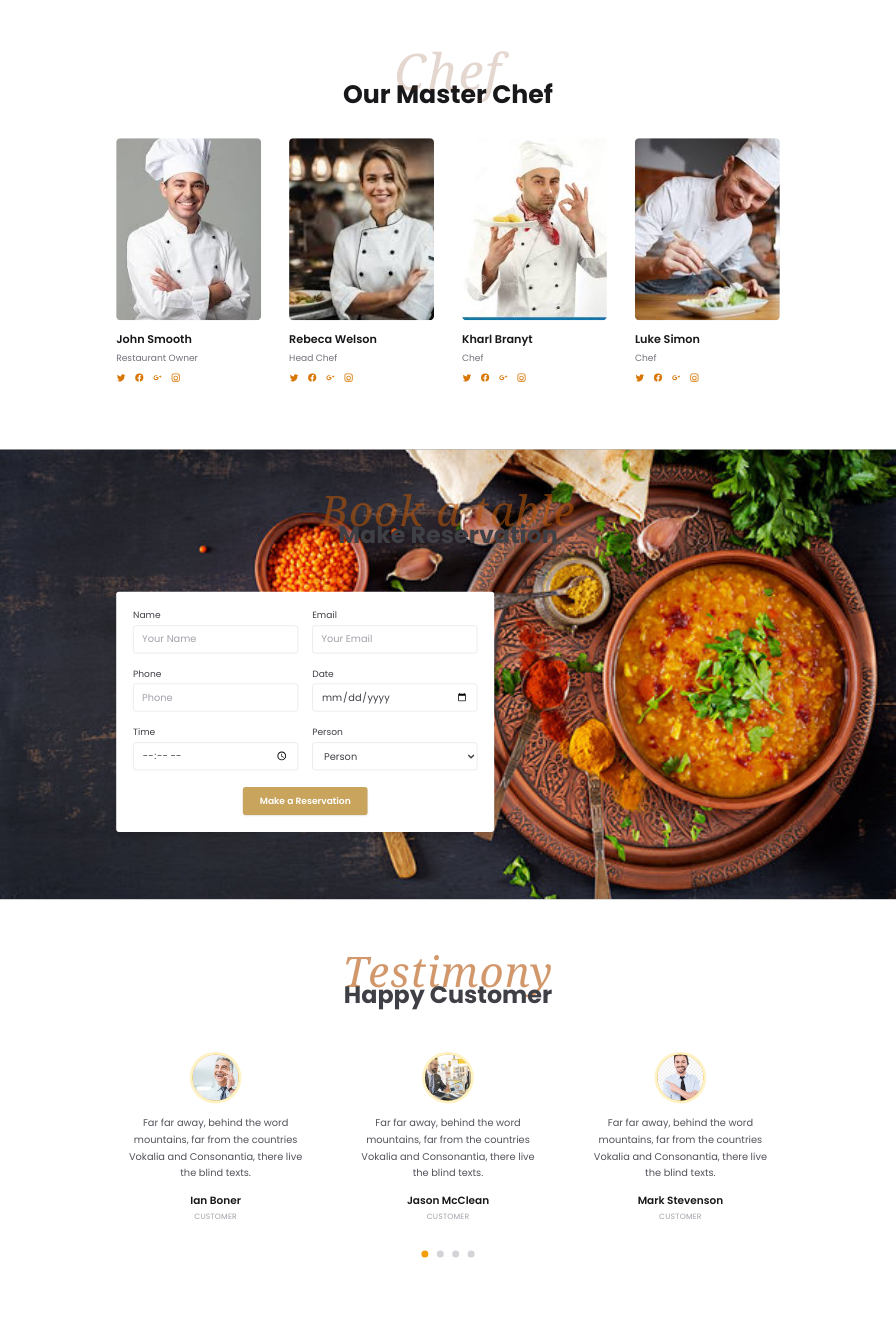
Repository: Purniagithub/Benttacproject
Page: /
These files come from the project's save history. The page is drawn as it stood at one moment and after the next save; the edit follows.
The browser window is 1280 px wide. The pictures show the part of the page from y = 2469 to 4389 px (the page is 4361 px tall before and 4389 px after), at 70% of full size.
Some web fonts or font styles are not loaded; a fallback is used. The project was rebuilt for these pictures with package versions that can differ from the ones it lists, and the page was loaded fresh each time. Also part of the build but not shown: vite.config.js.

Above is the page before, as saved 2025-08-21 19:59:23.

### index.html
<!doctype html>
<html lang="en">
  <head>
    <meta charset="UTF-8" />
    <link rel="icon" type="image/svg+xml" href="/vite.svg" />
    <link href="https://fonts.googleapis.com/css2?family=Playfair+Display:ital,wght@1,500&family=Poppins:wght@400;600;700&display=swap" rel="stylesheet">
    <link rel="preconnect" href="https://fonts.gstatic.com" crossorigin>
<link href="https://fonts.googleapis.com/css2?family=Playfair+Display:ital,wght@1,400;1,600&display=swap" rel="stylesheet">

    <meta name="viewport" content="width=device-width, initial-scale=1.0" />
    <title>Vite + React</title>
  </head>
  <body>
    <div id="root"></div>
    <script type="module" src="/src/main.jsx"></script>
  </body>
</html>

### src/App.jsx
import React from "react";
import Navbar from "./components/Navbar";
import Hero from "./components/Hero";

function App() {
  return (
    <div className="font-poppins">
      <Navbar />
      <Hero />
    </div>
  );
}

export default App;

### src/components/Navbar.jsx
import React from "react";

const Navbar = () => {
  return (
    <header className="absolute top-0 left-0 w-full z-50">
      {/* Top bar */}
      <div className="flex justify-between items-center bg-black bg-opacity-70 text-white text-sm px-6 py-2">
        <div className="flex space-x-6">
          <span>📞 +1235 2355 98</span>
          <span>✉️ youremail@email.com</span>
        </div>
        <span>Open hours: Monday - Sunday 8:00AM - 9:00PM</span>
      </div>

      {/* Main Navbar */}
      <nav className="flex justify-between items-center bg-black bg-opacity-60 text-white px-8 py-4">
        <h1 className="text-xl font-bold">Feliciano</h1>
        <ul className="flex space-x-8 font-medium">
          <li><a href="#" className="hover:text-yellow-400">Home</a></li>
          <li><a href="#" className="hover:text-yellow-400">About</a></li>
          <li><a href="#" className="hover:text-yellow-400">Menu</a></li>
          <li><a href="#" className="hover:text-yellow-400">Stories</a></li>
          <li><a href="#" className="hover:text-yellow-400">Contact</a></li>
        </ul>
        <button className="bg-yellow-600 hover:bg-yellow-700 px-5 py-2 rounded text-black font-semibold">
          Book a table
        </button>
      </nav>
    </header>
  );
};

export default Navbar;

### src/components/Hero.jsx
import React from "react";
import AboutSection from "../components/AboutSection";
import CateringServices from "./CateringServices";
import MenuTightGrid from "../components/MenuTightGrid";
import MasterChef from "../components/MasterChef";
import ReservationTestimonials from "../components/ReservationTestimonials";
const dishes = [
  { id: 1, name: "Grilled Beef with potatoes", desc: "Meat, Potatoes, Rice, Tomato", img: "/dish-1.jpeg" },
  { id: 2, name: "Grilled Beef with potatoes", desc: "Meat, Potatoes, Rice, Tomato", img: "/dish-2.jpeg" },
  { id: 3, name: "Grilled Beef with potatoes", desc: "Meat, Potatoes, Rice, Tomato", img: "/dish-3.jpeg" },
  { id: 4, name: "Grilled Beef with potatoes", desc: "Meat, Potatoes, Rice, Tomato", img: "/dish-4.jpeg" },
];

const Hero = () => {
  return (
    <>
    <section
      className="relative h-[80vh] bg-cover bg-center flex flex-col justify-center items-center text-white px-4"
      style={{ backgroundImage: "url('/img-4.jpeg')" }}
    >
      {/* Dark overlay */}
      <div className="absolute inset-0 bg-black/70"></div>

      {/* Headings */}
      <div className="relative z-10 text-center mt-20 md:mt-32 lg:mt-40">
        <h2 className="text-3xl md:text-4xl lg:text-5xl font-serif italic text-[#CDA45E]">
          Feliciano
        </h2>
        <h1 className="text-4xl md:text-5xl lg:text-7xl font-extrabold tracking-wide mt-3 md:mt-4 uppercase">
          Best Restaurant
        </h1>
      </div>

      {/* Dish Cards */}
      <div className="relative z-10 grid grid-cols-1 sm:grid-cols-2 md:grid-cols-4 gap-10 md:gap-16 lg:gap-20 mt-16 md:mt-24 lg:mt-32">
        {dishes.map((dish) => (
          <div key={dish.id} className="text-center max-w-[220px] mx-auto">
            <img
              src={dish.img}
              alt={dish.name}
              className="w-24 h-24 md:w-28 md:h-28 object-cover rounded-full mx-auto border-4 border-white shadow-lg"
            />
            <h3 className="mt-3 font-semibold text-base md:text-lg whitespace-nowrap">
              {dish.name}
            </h3>
            <p className="text-xs md:text-sm text-gray-300">{dish.desc}</p>
          </div>
        ))}
      </div>
    </section>
     {/* Other sections */}
     <AboutSection />
     <CateringServices />
     <MenuTightGrid tileHeight={210} containerWidth={980} />
     <MasterChef />
     <ReservationTestimonials />

</>
  );
};

export default Hero;

### src/components/AboutSection.jsx
// src/components/AboutSection.jsx
import React from "react";

export default function AboutSection() {
  return (
    <section className="w-full bg-white py-16">
      <div className="max-w-5xl mx-auto text-center">
        {/* Top Grid (Images + Content) */}
        <div className="grid grid-cols-1 lg:grid-cols-2 gap-8 items-center">
          {/* Left Images */}
          <div className="flex justify-center gap-4">
            <img
              src="/chef-1.jpeg"
              alt="Chef serving"
              className="shadow-md object-cover h-[280px] w-[180px]"
            />
            <img
              src="/chef-5.jpeg"
              alt="Cooking food"
              className="shadow-md object-cover h-[280px] w-[180px] mt-8"
            />
          </div>

          {/* Right Content */}
          <div className="text-left lg:text-left">
            <h3 className="text-lg font-serif italic text-[#CDA45E] relative mb-2">
              <span className="absolute -left-6 top-0 text-5xl text-gray-200 opacity-40">
                About
              </span>
              About Us
            </h3>
            <h2 className="text-4xl font-bold text-gray-900 mb-4 tracking-wide">
              Feliciano Restaurant
            </h2>
            <p className="text-gray-600 mb-4 leading-relaxed">
              A small river named Duden flows by their place and supplies it
              with the necessary regelialia. It is a paradisematic country, in
              which roasted parts of sentences fly into your mouth.
            </p>

            <p className="text-gray-700 mb-2">
              Mon - Fri <span className="font-bold">8 AM - 11 PM</span>
            </p>
            <p className="text-2xl font-bold text-[#CDA45E]">
              +1-978-123-4567
            </p>
          </div>
        </div>

        {/* Stats Section */}
        <div className="grid grid-cols-2 sm:grid-cols-5 gap-4 mt-16 pt-10">
          <div className="text-center">
            <h4 className="text-3xl font-bold text-[#CDA45E]">18</h4>
            <p className="text-sm text-gray-600">Years of Experience</p>
          </div>
          <div className="text-center">
            <h4 className="text-3xl font-bold text-[#CDA45E]">100</h4>
            <p className="text-sm text-gray-600">Menus/Dish</p>
          </div>
          <div className="text-center">
            <h4 className="text-3xl font-bold text-[#CDA45E]">50</h4>
            <p className="text-sm text-gray-600">Staffs</p>
          </div>
          <div className="text-center">
            <h4 className="text-3xl font-bold text-[#CDA45E]">15,000</h4>
            <p className="text-sm text-gray-600">Happy Customers</p>
          </div>
          <div className="text-center text-xs line-clamp-5">
            <p className="text-xs text-gray-600">A small river named Duden flows by their place and supplies it
              with the necessary regelialia. It is a paradisematic country, in
              which roasted parts of sentences fly into your mouth.</p>
          </div>
        </div>
      </div>
    </section>
  );
}

### src/components/CateringServices.jsx
import React from "react";

function IconCake(props) {
  return (
    <svg viewBox="0 0 24 24" aria-hidden="true" {...props}>
      <g fill="none" stroke="currentColor" strokeWidth="1.6" strokeLinecap="round" strokeLinejoin="round">
        <path d="M12 3v3" />
        <path d="M9 6a3 3 0 1 0 6 0" />
        <path d="M6 12h12" />
        <path d="M6 12v7a2 2 0 0 0 2 2h8a2 2 0 0 0 2-2v-7" />
      </g>
    </svg>
  );
}

function IconMeeting(props) {
  return (
    <svg viewBox="0 0 24 24" aria-hidden="true" {...props}>
      <g fill="none" stroke="currentColor" strokeWidth="1.6" strokeLinecap="round" strokeLinejoin="round">
        <path d="M7 7h10M7 12h7" />
        <path d="M3 18a2 2 0 0 0 2 2h14a2 2 0 0 0 2-2V6a2 2 0 0 0-2-2H5a2 2 0 0 0-2 2z" />
      </g>
    </svg>
  );
}

function IconCloche(props) {
  return (
    <svg viewBox="0 0 24 24" aria-hidden="true" {...props}>
      <g fill="none" stroke="currentColor" strokeWidth="1.6" strokeLinecap="round" strokeLinejoin="round">
        <path d="M12 7a1.5 1.5 0 1 0 0-3 1.5 1.5 0 0 0 0 3z" />
        <path d="M4 16a8 8 0 1 1 16 0" />
        <path d="M4 16h16" />
      </g>
    </svg>
  );
}

const cards = [
  {
    title: "Birthday Party",
    text:
      "Even the all‑powerful Pointing has no control about the blind texts it is an almost unorthographic.",
    Icon: IconCake,
  },
  {
    title: "Business Meetings",
    text:
      "Even the all‑powerful Pointing has no control about the blind texts it is an almost unorthographic.",
    Icon: IconMeeting,
  },
  {
    title: "Wedding Party",
    text:
      "Even the all‑powerful Pointing has no control about the blind texts it is an almost unorthographic.",
    Icon: IconCloche,
  },
];

export default function CateringServices({
  id = "services",
  heading = "Catering Services",
  accent = "Services",
}) {
  return (
    <section id={id} className="relative isolate bg-gray-50 py-24 sm:py-28">
      {/* Accent word behind heading */}
      <div aria-hidden className="pointer-events-none absolute inset-x-0 -top-1 sm:top-0 text-center">
        <span className="select-none font-serif italic tracking-wide text-amber-900/15 text-7xl sm:text-8xl md:text-[96px] leading-none">
          {accent}
        </span>
      </div>

      <div className="mx-auto max-w-[1200px] px-4">
        {/* Main heading */}
        <h2 className="text-center text-[34px] sm:text-[38px] md:text-[44px] font-extrabold tracking-tight text-zinc-900 -mt-12">
          {heading}
        </h2>

        {/* Cards */}
        <div className="mt-14 grid grid-cols-1 md:grid-cols-3 gap-12 md:gap-16">
          {cards.map(({ title, text, Icon }) => (
            <article key={title} className="text-center">
              <div className="mx-auto mb-6 flex h-16 w-16 items-center justify-center rounded-full bg-amber-50 ring-1 ring-amber-100 text-amber-600">
                <Icon className="h-8 w-8" />
              </div>
              <h3 className="text-[20px] font-semibold text-zinc-900">{title}</h3>
              <p className="mt-3 mx-auto max-w-[340px] text-[15px] leading-7 text-zinc-500">
                {text}
              </p>
            </article>
          ))}
        </div>
      </div>
    </section>
  );
}

### src/components/MenuTightGrid.jsx
import React from "react";

const tiles = [
  // Row 1
  { type: "image", src: "/dish-1.jpeg", alt: "Dish 1" },
  { type: "card",  title: "Grilled Beef\nwith potatoes", price: 29, lines: ["Meat, Potatoes, Rice,", "Tomatoe"] },
  { type: "image", src: "/dish-2.jpeg", alt: "Dish 2" },
  { type: "card",  title: "Grilled Beef\nwith potatoes", price: 29, lines: ["Meat, Potatoes, Rice,", "Tomatoe"] },
  // Row 2
  { type: "card",  title: "Grilled Beef\nwith potatoes", price: 29, lines: ["Meat, Potatoes, Rice,", "Tomatoe"] },
  { type: "image", src: "/dish-3.jpeg", alt: "Dish 3" },
  { type: "card",  title: "Grilled Beef\nwith potatoes", price: 29, lines: ["Meat, Potatoes, Rice,", "Tomatoe"] },
  { type: "image", src: "/dish-4.jpeg", alt: "Dish 5" },
  // Row 3
  { type: "image", src: "/dish-5.jpeg", alt: "Dish 6" },
  { type: "card",  title: "Grilled Beef\nwith potatoes", price: 29, lines: ["Meat, Potatoes, Rice,", "Tomatoe"] },
  { type: "image", src: "/dish-6.jpeg", alt: "Dish 6" },
  { type: "card",  title: "Grilled Beef\nwith potatoes", price: 29, lines: ["Meat, Potatoes, Rice,", "Tomatoe"] },
];

function Price({ value }) {
  return <span className="text-[16px] font-semibold text-amber-600">{`$${value}`}</span>;
}

function OrderBtn() {
  return (
    <button className="inline-flex h-8 items-center rounded bg-amber-500 px-3 text-xs font-semibold text-white hover:bg-amber-600">
      Order now
    </button>
  );
}

function Card({ title, price, lines }) {
  return (
    // NO outer padding or margin; fill the grid cell entirely
    <div className="h-full w-full bg-white">
      {/* Internal spacing for the card content only */}
      <article className="flex h-full w-full flex-col justify-between p-4">
        <div>
          <div className="flex items-start justify-between gap-3">
            <h3 className="whitespace-pre-line text-[16px] font-semibold leading-6 text-zinc-900">
              {title}
            </h3>
            <Price value={price} />
          </div>
          <ul className="mt-2 space-y-0.5 text-[13px] leading-6 text-zinc-600">
            {lines.map((t, i) => (
              <li key={i}>{t}</li>
            ))}
          </ul>
        </div>
        <OrderBtn />
      </article>
    </div>
  );
}

function TileImage({ src, alt }) {
  return (
    // NO padding/margin; image covers the tile
    <div className="h-full w-full">
      <img src={src} alt={alt} className="h-full w-full object-cover" loading="lazy" />
    </div>
  );
}

export default function MenuTightGrid({
  id = "menu",
  heading = "Our Menu",
  accent = "Specialties",
  data = tiles,
  // Adjust these two to tune exact size
  tileHeight = 210,      // each tile’s fixed height (px)
  containerWidth = 980,  // overall section width (px)
}) {
  return (
    <section id={id} className="relative isolate bg-white py-14">
      {/* Accent script word behind heading */}
      <div aria-hidden className="pointer-events-none absolute inset-x-0 top-1 text-center">
        <span className="select-none font-serif italic text-[60px] md:text-[72px] leading-none tracking-wide text-amber-900/20">
          {accent}
        </span>
      </div>

      <div className="mx-auto px-4" style={{ maxWidth: `${containerWidth}px` }}>
        <h2 className="text-center text-[30px] md:text-[34px] font-extrabold leading-tight text-zinc-900 -mt-2">
          {heading}
        </h2>

        {/* 4-column grid — zero gap, zero padding */}
        <div className="mt-8 grid grid-cols-4 gap-0">
          {data.map((t, i) => (
            <div key={i} className="m-0 p-0" style={{ height: `${tileHeight}px` }}>
              {t.type === "card" ? (
                <Card title={t.title} price={t.price} lines={t.lines} />
              ) : (
                <TileImage src={t.src} alt={t.alt} />
              )}
            </div>
          ))}
        </div>
      </div>
    </section>
  );
}

### src/components/ReservationTestimonials.jsx
import React from "react";

// Placeholder image paths
const AV1 = "/customer-1.jpeg";
const AV2 = "/customer-2.jpeg";
const AV3 = "/customer-3.png";

/**
 * Renders the large, italicized accent text for section headers.
 */
function Accent({ text, className = "" }) {
  return (
    <div
      aria-hidden
      className={`pointer-events-none absolute inset-x-0 -top-10 text-center ${className}`}
    >
      <span className="select-none font-serif italic text-amber-700/60 leading-none tracking-wide text-[52px] sm:text-[60px]">
        {text}
      </span>
    </div>
  );
}

/** Input field */
function Input({ placeholder, type = "text" }) {
  return (
    <input
      type={type}
      placeholder={placeholder}
      className="h-10 w-full rounded border border-zinc-200 bg-white px-3 text-[14px] text-zinc-700 outline-none placeholder:text-zinc-400 focus:border-amber-400"
    />
  );
}

/** Select dropdown */
function Select({ placeholder }) {
  return (
    <select
      className="h-10 w-full rounded border border-zinc-200 bg-white px-3 text-[14px] text-zinc-700 outline-none focus:border-amber-400"
      defaultValue=""
    >
      <option value="" disabled>
        {placeholder}
      </option>
      <option>1 Person</option>
      <option>2 Person</option>
      <option>3 Person</option>
      <option>4 Person</option>
      <option>5+ Person</option>
    </select>
  );
}

/** Reservation form card */
function ReservationCard() {
  return (
    <div className="relative w-[540px] max-w-[92vw] rounded bg-white p-6 shadow-xl">
      <div className="grid grid-cols-2 gap-5">
        <div>
          <label className="mb-1 block text-[13px] font-medium text-zinc-700">
            Name
          </label>
          <Input placeholder="Your Name" />
        </div>
        <div>
          <label className="mb-1 block text-[13px] font-medium text-zinc-700">
            Email
          </label>
          <Input type="email" placeholder="Your Email" />
        </div>

        <div>
          <label className="mb-1 block text-[13px] font-medium text-zinc-700">
            Phone
          </label>
          <Input placeholder="Phone" />
        </div>
        <div>
          <label className="mb-1 block text-[13px] font-medium text-zinc-700">
            Date
          </label>
          <Input type="date" />
        </div>

        <div>
          <label className="mb-1 block text-[13px] font-medium text-zinc-700">
            Time
          </label>
          <Input type="time" />
        </div>
        <div>
          <label className="mb-1 block text-[13px] font-medium text-zinc-700">
            Person
          </label>
          <Select placeholder="Person" />
        </div>
      </div>

      <div className="mt-6 flex justify-center">
        <button className="h-10 rounded bg-[#C8A45D] px-6 text-[13px] font-semibold text-white shadow hover:bg-[#b28d4f]">
          Make a Reservation
        </button>
      </div>
    </div>
  );
}

/** Testimonial card */
function TestiCard({ img, name, role, text }) {
  return (
    <article className="shrink-0 snap-center text-center">
      <div className="mx-auto mb-4 h-[72px] w-[72px] rounded-full bg-amber-500 p-[3px]">
        <div className="h-full w-full overflow-hidden rounded-full ring-4 ring-amber-100">
          <img src={img} alt={name} className="h-full w-full object-cover" />
        </div>
      </div>
      <p className="mx-auto mb-4 max-w-[260px] text-[14px] leading-6 text-zinc-600">
        {text}
      </p>
      <h4 className="text-[15px] font-semibold text-zinc-900">{name}</h4>
      <p className="mt-1 text-[11px] uppercase tracking-wide text-zinc-400">
        {role}
      </p>
    </article>
  );
}

/** Main Section */
export default function ReservationTestimonials() {
  return (
    <section className="bg-white">
      {/* Reservation Section */}
      <div
        className="relative bg-zinc-900"
        style={{
          backgroundImage: `url('/dish-13.jpg')`,
          backgroundSize: "cover",
          backgroundPosition: "center",
        }}
      >
        <div className="relative mx-auto max-w-[980px] px-4 py-20 sm:py-24 mb-4">
        <div className="relative text-center mb-14">
          <Accent text="Book a table" />
          <h2 className="relative text-[30px] sm:text-[34px] font-bold text-zinc-700">
            Make Reservation
          </h2>
        </div>
        {/*
        <div className="relative inset-0 bg-black/30" />
        <div className="relative mx-auto max-w-[1080px] px-4 py-20 sm:py-20">
          {/* Text on top
          <div className="relative mb-1">
            <Accent  text="Book a table" />
            <h2 className="relative text-center sm:text-left text-[36px] sm:text-[38px] font-extrabold text-white">
              Make Reservation
            </h2>
          </div>}

          {/* Form aligned left */}
          <div className="relative flex justify-start">
            <ReservationCard />
          </div>
        </div>
      </div>

      {/* Testimonials */}
      <div className="relative mx-auto max-w-[980px] px-4 py-20 sm:py-24">
        <div className="relative text-center mb-14">
          <Accent text="Testimony" />
          <h2 className="relative text-[30px] sm:text-[34px] font-bold text-zinc-700">
            Happy Customer
          </h2>
        </div>

        {/* Cards scrollable */}
        <div className="flex snap-x snap-mandatory gap-12 overflow-x-auto sm:grid sm:grid-cols-3 sm:overflow-x-hidden">
          <TestiCard
            img={AV1}
            name="Ian Boner"
            role="Customer"
            text="Far far away, behind the word mountains, far from the countries Vokalia and Consonantia, there live the blind texts."
          />
          <TestiCard
            img={AV2}
            name="Jason McClean"
            role="Customer"
            text="Far far away, behind the word mountains, far from the countries Vokalia and Consonantia, there live the blind texts."
          />
          <TestiCard
            img={AV3}
            name="Mark Stevenson"
            role="Customer"
            text="Far far away, behind the word mountains, far from the countries Vokalia and Consonantia, there live the blind texts."
          />
        </div>

        {/* Dots */}
        <div className="mt-10 flex justify-center gap-3">
          <span className="h-2.5 w-2.5 rounded-full bg-amber-500" />
          <span className="h-2.5 w-2.5 rounded-full bg-zinc-300" />
          <span className="h-2.5 w-2.5 rounded-full bg-zinc-300" />
          <span className="h-2.5 w-2.5 rounded-full bg-zinc-300" />
        </div>
      </div>
    </section>
  );
}

Loaded but not shown: src/main.jsx (common file); src/index.css (common file); tailwind.config.js (15 lines, source omitted); src/components/MasterChef.jsx (111 lines, source omitted)

After the next save:
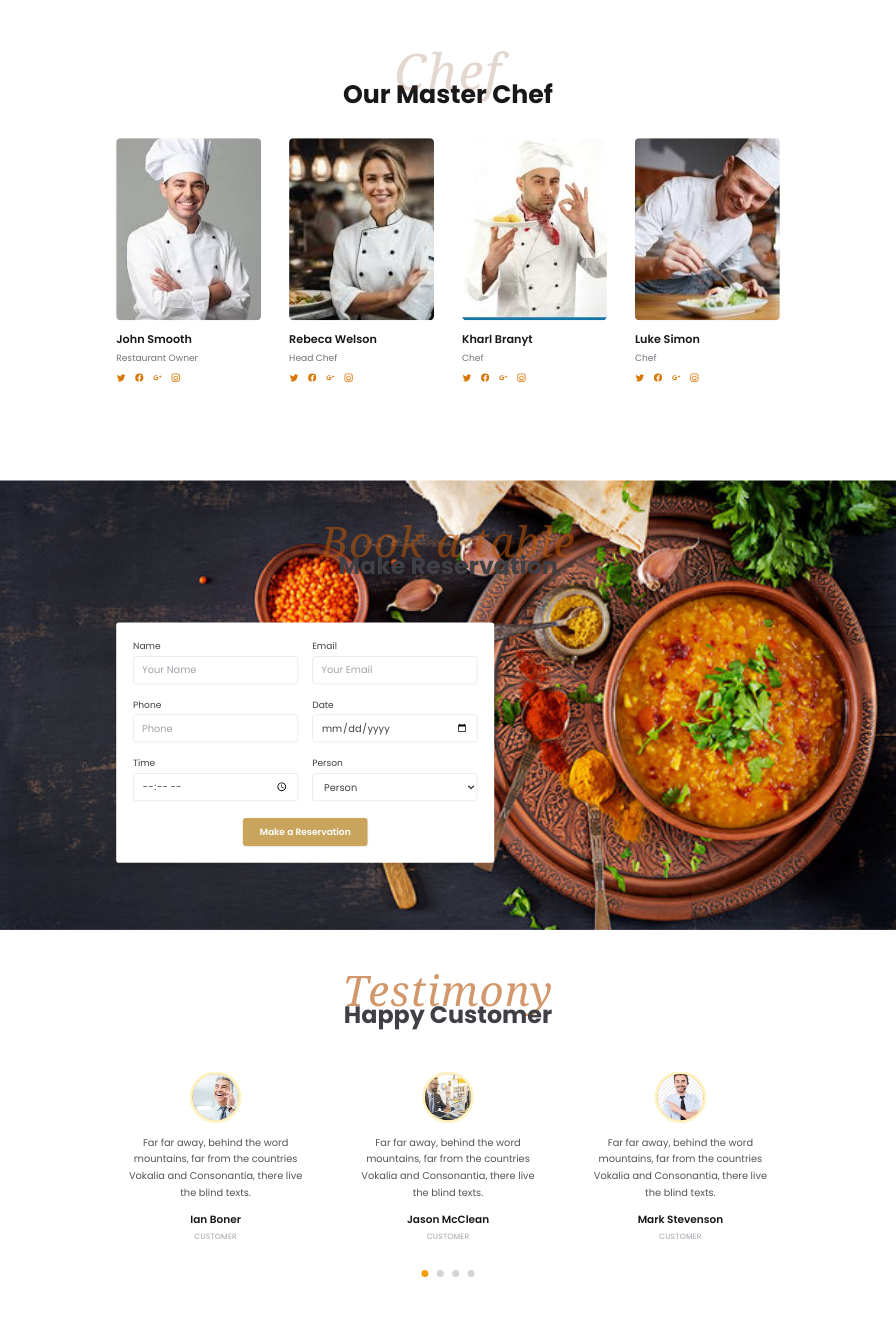
Saved 16 s later.
--- a/src/components/ReservationTestimonials.jsx
+++ b/src/components/ReservationTestimonials.jsx
@@ -138,7 +138,7 @@ export default function ReservationTestimonials() {
           backgroundPosition: "center",
         }}
       >
-        <div className="relative mx-auto max-w-[980px] px-4 py-20 sm:py-24 mb-4">
+        <div className="relative mx-auto max-w-[980px] px-4 py-20 sm:py-24 mt-11">
         <div className="relative text-center mb-14">
           <Accent text="Book a table" />
           <h2 className="relative text-[30px] sm:text-[34px] font-bold text-zinc-700">
